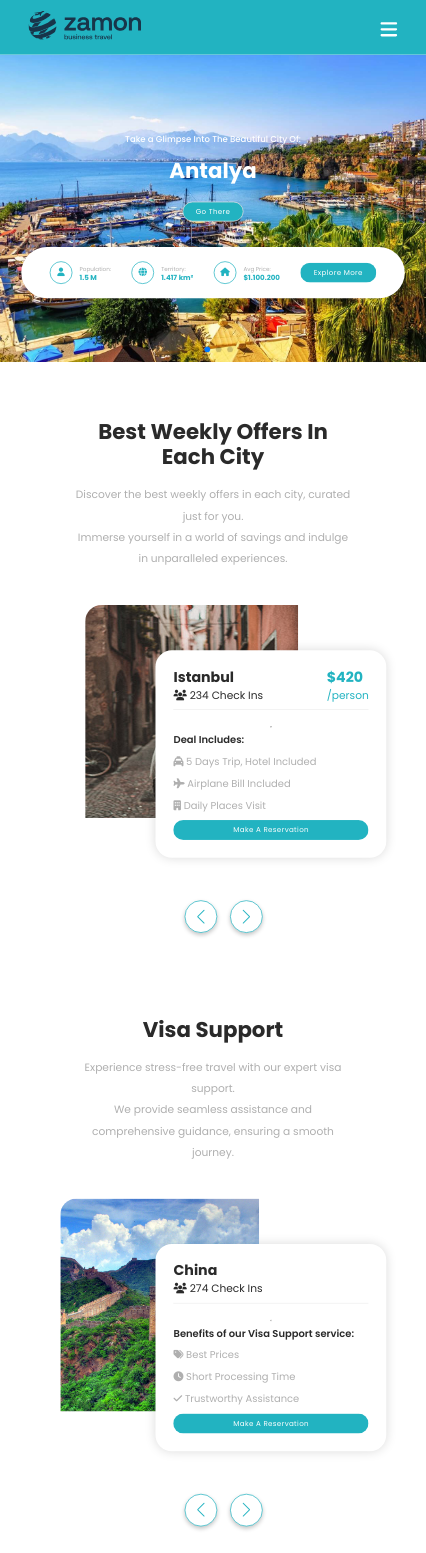
Repository: asadbekdev07/asadbekdev-zamontour-react
Page: /
The author's editor kept a copy of each file at every save. The page is drawn from the files as they stood at one save, then again after the next save.
The browser window is 600 px wide. The pictures show the whole page, at 71% of full size.
The project was rebuilt for these pictures with package versions that can differ from the ones it lists, and the page was loaded fresh each time. Also part of the build but not shown: vite.config.js.

Above is the page before, as saved 2024-05-26 17:29:27.

After the next save:
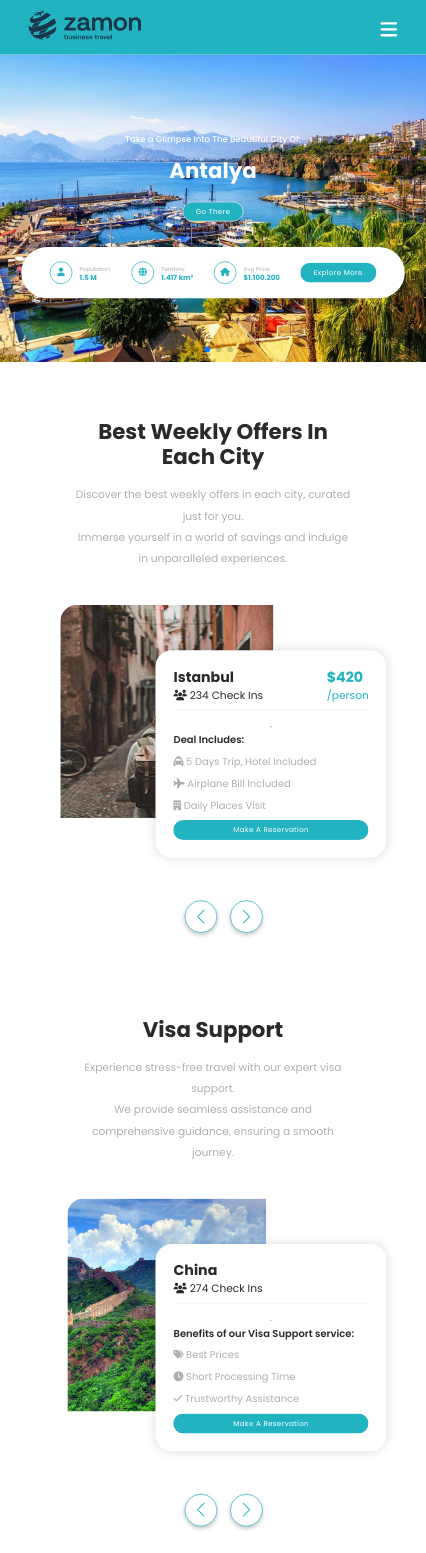
Saved 6 s later.
--- a/src/assets/styles/index.css
+++ b/src/assets/styles/index.css
@@ -724,7 +724,7 @@ select:-webkit-autofill:focus {
 @media only screen and (min-width: 500px) and (max-width: 700px) {
   .offers__img,
   .visa__img {
-    pl
+    padding-right: 130px;
   }
   .inner {
     width: 275px;
